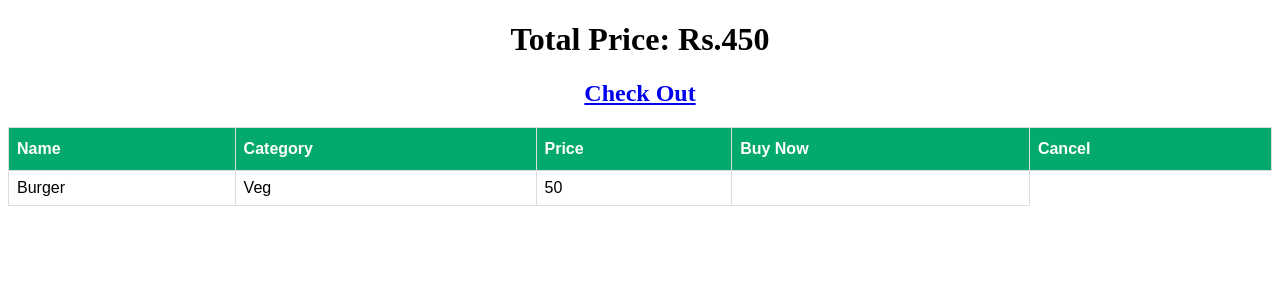
Repository: Shreya200012/FoodBox
Page: http://localhost/foodWeb/cart.jsp
The author's editor kept a copy of each file at every save. The page is drawn from the files as they stood at one save, then again after the next save.
The browser window is 1280 px wide. The pictures show the whole page.
The page is served by Tomcat 9. Other server files are loaded and not shown.

Above is the page before, as saved 2022-06-13 17:45:19.

### foodWeb/src/main/webapp/cart.jsp
<%@ page language="java" contentType="text/html; charset=ISO-8859-1"
    pageEncoding="ISO-8859-1"%>
<!DOCTYPE html>
<html>
<head>
<title>Cart Page</title>
<style>
#customers {
  font-family: Arial, Helvetica, sans-serif;
  border-collapse: collapse;
  width: 100%;
}

#customers td, #customers th {
  border: 1px solid #ddd;
  padding: 8px;
}

#customers tr:nth-child(even){background-color: #f2f2f2;}

#customers tr:hover {background-color: #ddd;}

#customers th {
  padding-top: 12px;
  padding-bottom: 12px;
  text-align: left;
  background-color: #04AA6D;
  color: white;
}
</style>
</head>
<body>
<div class="container">
<div class="d-flex py-3">
<h1 align="center">Total Price: Rs.450</h1>
<a class="mx-3 btn btn-primary" href="#" align="center"><h2>Check Out</h2></a>
</div>
<table id="customers">
<thead>
<tr>
<th scope="col">Name</th>
<th scope="col">Category</th>
<th scope="col">Price</th>
<th scope="col">Buy Now</th>
<th scope="col">Cancel</th>
</tr>
</thead>
<tbody>
<tr>
<td>Burger</td>
<td>Veg</td>
<td>50</td>
<td>
<form action="" method="post" class="form-inline">
<input type="hidden" name="id" value="1" class="form-input">
<div class="form-group d-flex justify-content-between">
<a class="btn btn-sm btn-incre"><i class="fas fa-plus-square"></i></a></div>

</form>

</tbody>
</table>

</div>



</body>

After the next save:
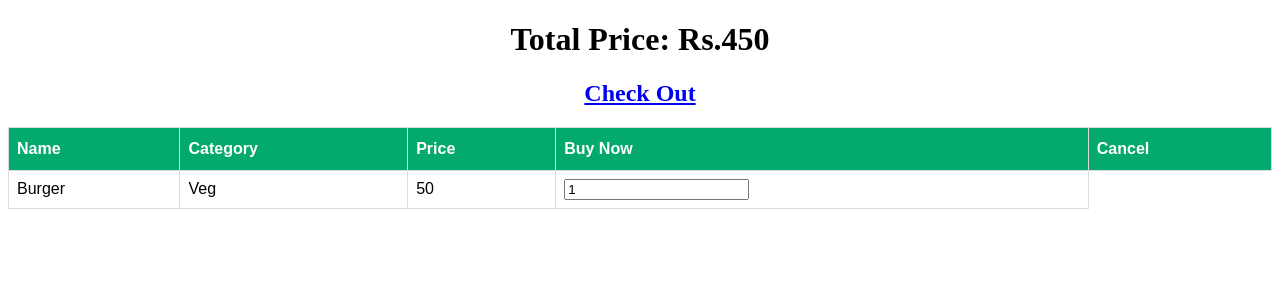
Saved 2 min 49 s later.
--- a/foodWeb/src/main/webapp/cart.jsp
+++ b/foodWeb/src/main/webapp/cart.jsp
@@ -54,7 +54,11 @@
 <form action="" method="post" class="form-inline">
 <input type="hidden" name="id" value="1" class="form-input">
 <div class="form-group d-flex justify-content-between">
-<a class="btn btn-sm btn-incre"><i class="fas fa-plus-square"></i></a></div>
+<a class="btn btn-sm btn-incre"><i class="fas fa-plus-square"></i></a>
+<input type="text" name="quantity" class="form-control" value="1" readonly>
+<a class"btn btn-sm btn-decre" href=" "><i class="fas fa-minus-square"></i></a>
+
+</div>
 
 </form>
 
